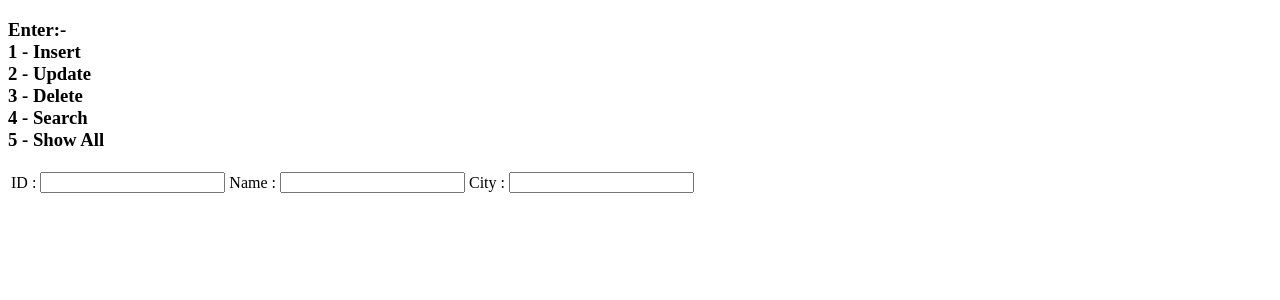
Repository: Vishalrathod8788/JEE
Page: stmt_Connectivity/WebContent/index.html
The author's editor kept a copy of each file at every save. The page is drawn from the files as they stood at one save, then again after the next save.
The browser window is 1280 px wide. The pictures show the whole page.

Above is the page before, as saved 2023-10-01 12:05:09.

After the next save:
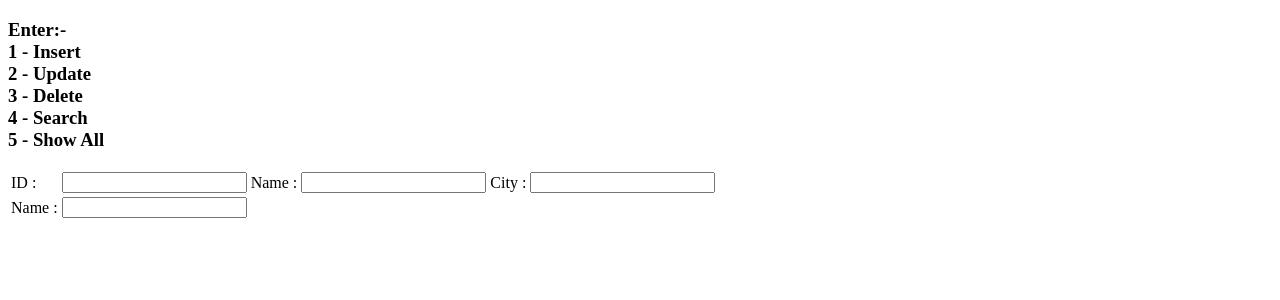
Saved 9 s later.
--- a/stmt_Connectivity/WebContent/index.html
+++ b/stmt_Connectivity/WebContent/index.html
@@ -24,7 +24,8 @@
 				<td><input type="text" name="txtCity"></td>
 			</tr>
 			<tr>
-
+				<td>Name :</td>
+				<td><input type="text" name="txtName"></td>
 			</tr>
 
 			<tr>
